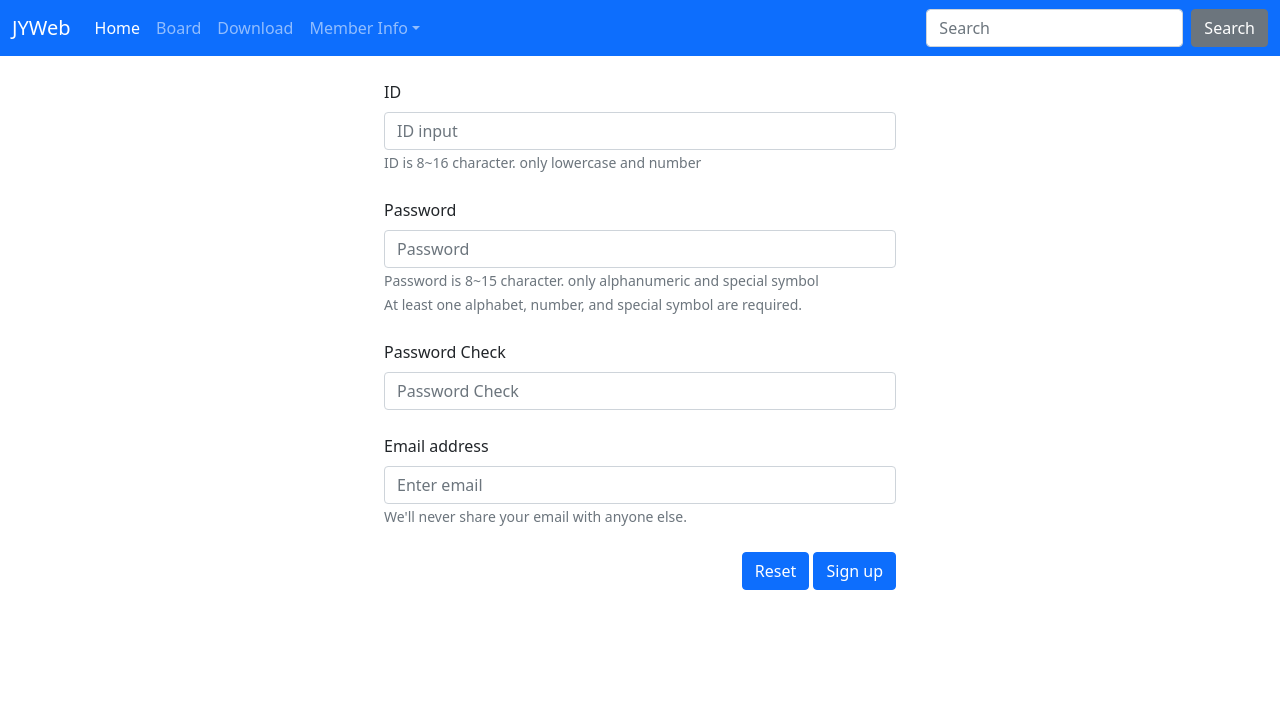
Repository: kjy4926/Javastudy
Page: http://localhost/web_service/signupform
An editor plug-in stored every save of this project. The page is shown before and after the next save, followed by the edit.
The browser window is 1280 px wide. The pictures show the whole page.
The page is served by Tomcat 9. Other server files are loaded and not shown.

Above is the page before, as saved 2022-06-03 03:37:42.

### jspworkspace/web_service/WebContent/docs/signup.jsp
<%@page import="data_board.MemberDAO"%>
<%@ page language="java" contentType="text/html; charset=UTF-8"
    pageEncoding="UTF-8"%>
<%@taglib uri="http://java.sun.com/jsp/jstl/core" prefix="c" %>
<!DOCTYPE html>
<html>
<head>
	<title>Sign up</title>
	<meta charset="UTF-8">
	<link href="https://cdn.jsdelivr.net/npm/bootstrap@5.1.3/dist/css/bootstrap.min.css" rel="stylesheet" integrity="sha384-1BmE4kWBq78iYhFldvKuhfTAU6auU8tT94WrHftjDbrCEXSU1oBoqyl2QvZ6jIW3" crossorigin="anonymous">
	<link href="${pageContext.request.contextPath}/docs/css/bootstrap.min.css" rel="stylesheet">
	<style>
		.loginform{
			width: 40%;
			margin: auto;
		}
		.submit-reset{
			float: right;
		}
	</style>
	<script src="https://ajax.googleapis.com/ajax/libs/jquery/3.6.0/jquery.min.js"></script>
	<script src="${pageContext.request.contextPath}/docs/signup.js"></script>
</head>
<body>
	<c:import url="nav.jsp"></c:import>
	<section class="loginform">
		<form method="post" name="signup-form" onsubmit="return signUp(this)" action="signup">
			<div class="form-group has-success has-danger">
				<label class="form-label mt-4" for="inputID">ID</label>
				<input type="text" placeholder="ID input" class="form-control" id="inputID" name="id"
				 	pattern="^[a-z][a-z0-9]{7,15}$" oninput="idDuplicateCheck(this.form)" required>
				<div class="invalid-feedback"></div>
				<small id="idHelp" class="form-text text-muted">ID is 8~16 character. only lowercase and number</small>
				<input type="hidden" id="dupflag" name="dupck" value="0">
			</div>
			<div class="form-group">
		      <label for="InputPassword" class="form-label mt-4">Password</label>
		      <input type="password" class="form-control" id="inputPwd" name="pwd" placeholder="Password"
		      		pattern="^(?=.*[A-Za-z])(?=.*\d)(?=.*[$@$!%*#?&])[A-Za-z\d$@$!%*#?&]{8,15}$$" required>
		      <small id="pwdHelp" class="form-text text-muted">Password is 8~15 character. only alphanumeric and special symbol</small><br>
		      <small id="pwdHelp2" class="form-text text-muted">At least one alphabet, number, and special symbol are required.</small>
		    </div>
		    <div class="form-group">
		      <label for="InputPasswordCheck" class="form-label mt-4">Password Check</label>
		      <input type="password" class="form-control" id="inputPwdck" name="pwdck" placeholder="Password Check"
		      		pattern="^(?=.*[A-Za-z])(?=.*\d)(?=.*[$@$!%*#?&])[A-Za-z\d$@$!%*#?&]{8,15}$$" required>
		    </div>
		    <div class="form-group">
		      <label for="InputEmail1" class="form-label mt-4">Email address</label>
		      <input type="email" class="form-control" id="inputEmail1" name="email"
		      		pattern="^[0-9a-zA-Z]([-_.]?[0-9a-zA-Z])*@[0-9a-zA-Z]([-_.]?[0-9a-zA-Z])*.[a-zA-Z]{2,3}$" aria-describedby="emailHelp" placeholder="Enter email" required>
		      <small id="emailHelp" class="form-text text-muted">We'll never share your email with anyone else.</small>
		    </div><br>
		    <fieldset class="submit-reset">
			    <button type="reset" class="btn btn-primary">Reset</button>
			    <button type="submit" class="btn btn-primary">Sign up</button>
		    </fieldset>
		</form>
	</section>
	<script src="https://cdn.jsdelivr.net/npm/bootstrap@5.1.3/dist/js/bootstrap.bundle.min.js" integrity="sha384-ka7Sk0Gln4gmtz2MlQnikT1wXgYsOg+OMhuP+IlRH9sENBO0LRn5q+8nbTov4+1p" crossorigin="anonymous"></script>
</body>
</html>

### jspworkspace/web_service/WebContent/docs/nav.jsp
<%@ page language="java" contentType="text/html; charset=UTF-8"
    pageEncoding="UTF-8"%>
<%@taglib uri="http://java.sun.com/jsp/jstl/core" prefix="c" %>
<!DOCTYPE html>
<html>
<head>
	<meta charset="UTF-8">
	<title>navigation</title>
</head>
<body>
	<nav class="navbar navbar-expand-lg navbar-dark bg-primary">
	  <div class="container-fluid">
	    <a class="navbar-brand" href="${pageContext.request.contextPath}/index">JYWeb</a>
	    <button class="navbar-toggler" type="button" data-bs-toggle="collapse" data-bs-target="#navbarColor01" aria-controls="navbarColor01" aria-expanded="true" aria-label="Toggle navigation">
	      <span class="navbar-toggler-icon"></span>
	    </button>

	    <div class="navbar-collapse collapse show" id="navbarColor01" style="">
	      <ul class="navbar-nav me-auto">
	        <li class="nav-item">
	          <a class="nav-link active" href="${pageContext.request.contextPath}/index">Home
	            <span class="visually-hidden">(current)</span>
	          </a>
	        </li>
	        <li class="nav-item">
	          <a class="nav-link" href="#">Board</a>
	        </li>
	        <li class="nav-item">
	          <a class="nav-link" href="#">Download</a>
	        </li>
	        <li class="nav-item dropdown">
	          <a class="nav-link dropdown-toggle" data-bs-toggle="dropdown" href="#" role="button" aria-haspopup="true" aria-expanded="false">Member Info</a>
	          <c:choose>
	          	<c:when test="${empty sessionScope.loginID}">
		          	<div class="dropdown-menu">
			            <a class="dropdown-item" href="${pageContext.request.contextPath}/loginform">Login</a>
			            <div class="dropdown-divider"></div>
			            <a class="dropdown-item" href="${pageContext.request.contextPath}/signupform">Sign up</a>
		          	</div>
	          	</c:when>
	          	<c:otherwise>
	          		<div class="dropdown-menu">
			            <a class="dropdown-item" href="#">ID</a>
			            <div class="dropdown-divider"></div>
			            <a class="dropdown-item" href="${pageContext.request.contextPath}/logout">Logout</a>
		          	</div>
	          	</c:otherwise>
	          </c:choose>
	        </li>
	      </ul>
	      <form class="d-flex">
	        <input class="form-control me-sm-2" type="text" placeholder="Search">
	        <button class="btn btn-secondary my-2 my-sm-0" type="submit">Search</button>
	      </form>
	    </div>
	  </div>
	</nav>
</body>
</html>

### jspworkspace/web_service/src/data_board/DispatcherServlet.java
package data_board;

import java.io.IOException;
import java.util.HashMap;

import javax.servlet.ServletException;
import javax.servlet.annotation.WebServlet;
import javax.servlet.http.HttpServlet;
import javax.servlet.http.HttpServletRequest;
import javax.servlet.http.HttpServletResponse;

@WebServlet("/")
public class DispatcherServlet extends HttpServlet {
	private HashMap<String, Handler> map = new HashMap<>();

	@Override
	public void init() throws ServletException {
		map.put("/idcheck", new IdCheck());
		map.put("/signup", new SignUp());
		map.put("/login", new Login());
	}

	@Override
	protected void doGet(HttpServletRequest req, HttpServletResponse resp) throws ServletException, IOException {
		process(req, resp);
	}

	@Override
	protected void doPost(HttpServletRequest req, HttpServletResponse resp) throws ServletException, IOException {
		process(req, resp);
	}

	private void process(HttpServletRequest req, HttpServletResponse resp) {
		String uri = req.getRequestURI();
		String ctxPath = req.getContextPath();
		String cmd = uri.substring(ctxPath.length());
		String prefix = "/docs/";
		String suffix = ".jsp";
		String viewPage = "";
		try {
			Handler handler = map.get(cmd);
			if(cmd.equals("/index")) {
				viewPage = "index";
			}
			else if(cmd.equals("/loginform")) {
				viewPage = "login";
			}
			else if(cmd.equals("/signupform")) {
				viewPage = "signup";
			}
			else if(handler == null) {
				return;
			}else {
				viewPage = handler.handling(req, resp);
			}
			req.getRequestDispatcher(prefix + viewPage + suffix).forward(req, resp);
		} catch(Exception e) {
			e.printStackTrace();
		}
	}
}

### jspworkspace/web_service/src/data_board/Handler.java
package data_board;

import java.io.IOException;

import javax.servlet.ServletException;
import javax.servlet.http.HttpServletRequest;
import javax.servlet.http.HttpServletResponse;

public interface Handler {
	public String handling(HttpServletRequest req, HttpServletResponse resp) throws ServletException, IOException;
}

### jspworkspace/web_service/src/data_board/IdCheck.java
package data_board;

import java.io.IOException;
import java.io.PrintWriter;

import javax.servlet.ServletException;
import javax.servlet.http.HttpServletRequest;
import javax.servlet.http.HttpServletResponse;

public class IdCheck implements Handler{
	@Override
	public String handling(HttpServletRequest req, HttpServletResponse resp) throws ServletException, IOException {
		MemberDAO mdao = MemberDAO.getInstance();
		PrintWriter out = resp.getWriter();
		int idcheck = 0;
		// 중복이 아니라면
		if(!mdao.idDuplicateCheck(req.getParameter("userId"))) {
			idcheck= 1;
		}
		req.setAttribute("idcheck", idcheck);
		return "idcheck";
	}
}

### jspworkspace/web_service/src/data_board/SignUp.java
package data_board;

import java.io.IOException;

import javax.servlet.ServletException;
import javax.servlet.http.HttpServletRequest;
import javax.servlet.http.HttpServletResponse;

public class SignUp implements Handler{

	@Override
	public String handling(HttpServletRequest req, HttpServletResponse resp) throws ServletException, IOException {
		// TODO Auto-generated method stub
		return "signup";
	}

}

### jspworkspace/web_service/src/data_board/Login.java
package data_board;

import java.io.IOException;

import javax.servlet.ServletException;
import javax.servlet.http.HttpServletRequest;
import javax.servlet.http.HttpServletResponse;

public class Login implements Handler{

	@Override
	public String handling(HttpServletRequest req, HttpServletResponse resp) throws ServletException, IOException {
		// TODO Auto-generated method stub
		return "login";
	}

}

After the next save:
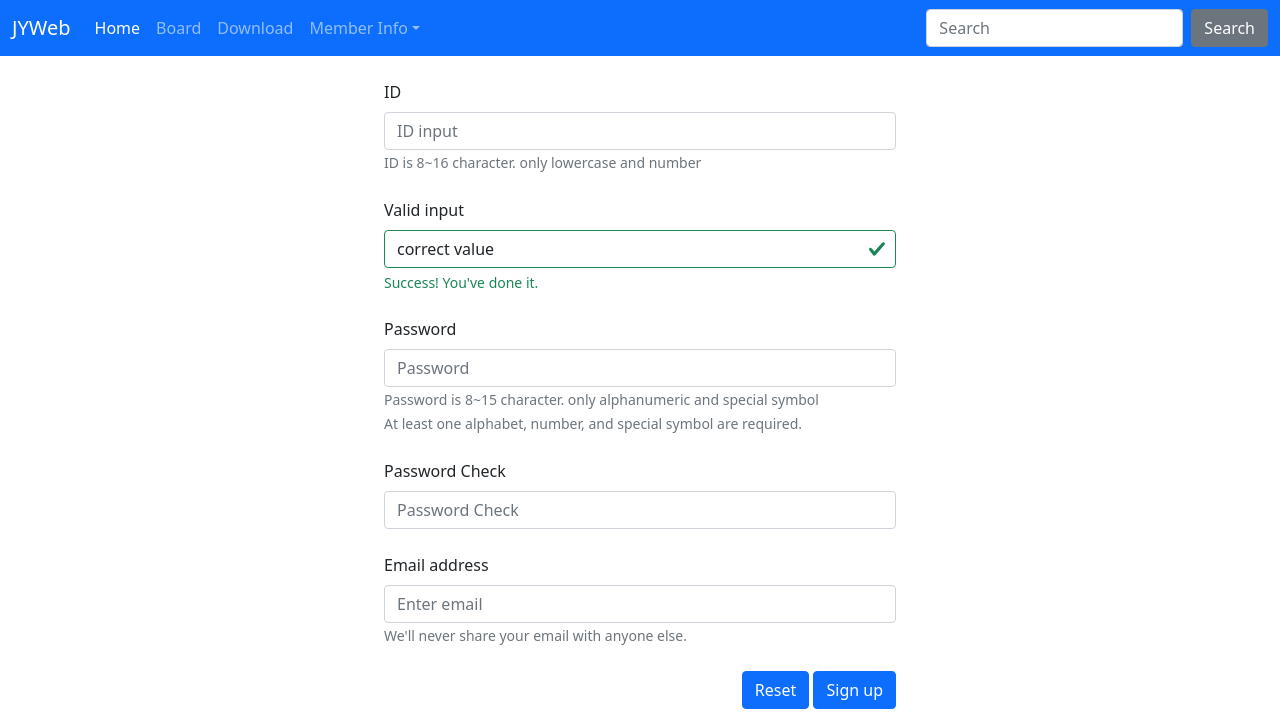
Saved 24 s later.
--- a/jspworkspace/web_service/WebContent/docs/signup.jsp
+++ b/jspworkspace/web_service/WebContent/docs/signup.jsp
@@ -32,6 +32,11 @@
 				<div class="invalid-feedback"></div>
 				<small id="idHelp" class="form-text text-muted">ID is 8~16 character. only lowercase and number</small>
 				<input type="hidden" id="dupflag" name="dupck" value="0">
+				<div class="form-group has-success">
+				  <label class="form-label mt-4" for="inputValid">Valid input</label>
+				  <input type="text" value="correct value" class="form-control is-valid" id="inputValid">
+				  <div class="valid-feedback">Success! You've done it.</div>
+				</div>
 			</div>
 			<div class="form-group">
 		      <label for="InputPassword" class="form-label mt-4">Password</label>
